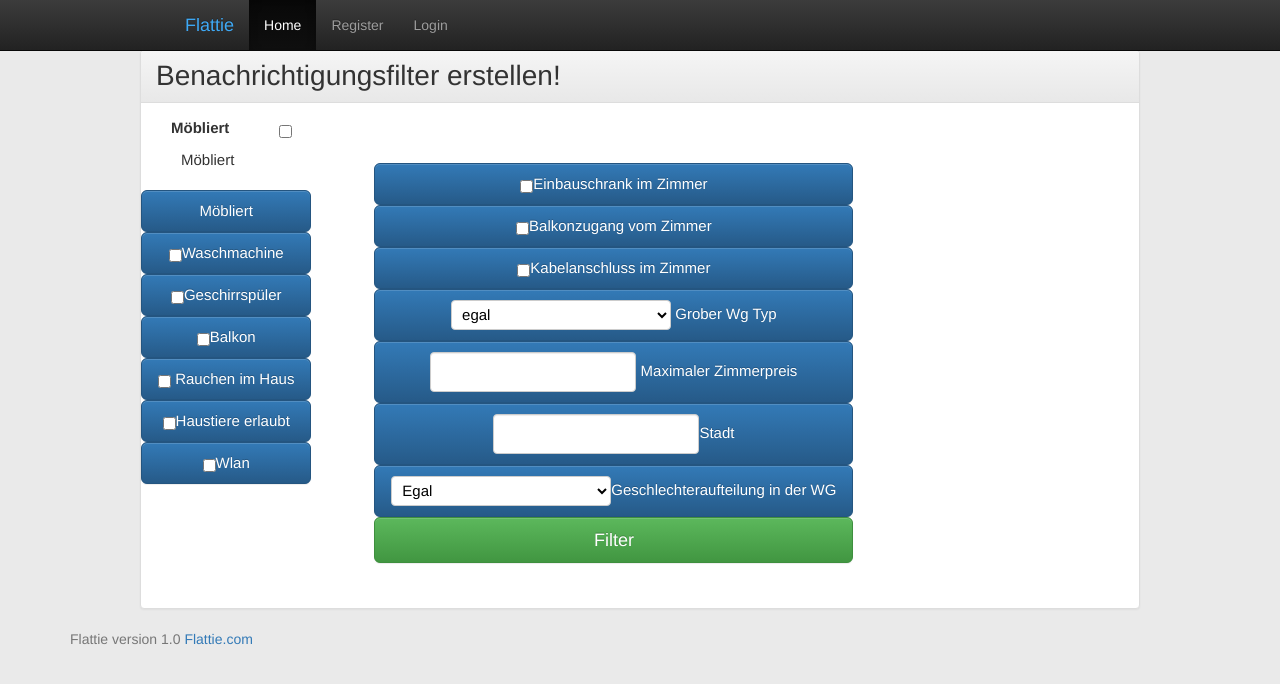
Repository: ese-unibe-ch/ese2014-team2
Page: http://localhost/Skeleton/pages/createCustomFilter.jsp
The author's editor kept a copy of each file at every save. The page is drawn from the files as they stood at one save, then again after the next save.
The browser window is 1280 px wide. The pictures show the whole page.
Some web libraries are served in a nearby version. The page is served by Tomcat 9. Nobody is signed in. The application's start-up code is not run. Other server files are loaded and not shown. The template is opened directly, without the code that normally fills it, so the values that code supplies are empty.

Above is the page before, as saved 2014-11-26 12:09:10.
Console error (its wording comes from the project's code and is left out).

### Skeleton/src/main/webapp/pages/createCustomFilter.jsp
<%@ page language="java" pageEncoding="UTF-8" contentType="text/html;charset=utf-8" %>
<%@ taglib prefix="c" uri="http://java.sun.com/jsp/jstl/core" %>
<%@ taglib prefix="form" uri="http://www.springframework.org/tags/form" %>
<%@ taglib prefix="spring" uri="http://www.springframework.org/tags" %>


<c:import url="template/header.jsp" />



<div class="main">
	<div class="col-sm-16">
    	<div class="panel panel-default">
        	<div class="panel-heading">
            	<h3 class="panel-title">Benachrichtigungsfilter erstellen!</h3>
            </div>
            <div class="panel-body">


              <form:form method="post" modelAttribute="filterForm" action="saveCustomFilter"
		id="filterForm" cssClass="form-horizontal" autocomplete="off"
		enctype="multipart/form-data">
		<fieldset>

		<div class="row">
			<div class="col-md-8">
				<div class="col-md-4">
					<label>Möbliert</label>
				</div>
				<div class="col-md-2">
					<form:checkbox path="furnished" id="field-furnished" />
				</div>
			</div>


  				<div class="row">
				  <div class="col-lg-5">
				    <div class="input-group">
				    	<div class="radio">
  							<label>Möbliert</label>


						</div>

        					<h3><label class="btn btn-primary btn-lg btn-block" >Möbliert</label></h3>
							<h3><label class="btn btn-primary btn-lg btn-block" ><form:checkbox	path="hasLaundry" id="field-Laundry" />Waschmachine</label></h3>
							<h3><label class="btn btn-primary btn-lg btn-block" ><form:checkbox	path="hasDishwasher" id="field-Dishwasher" />Geschirrspüler</label></h3>
							<h3><label class="btn btn-primary btn-lg btn-block" ><form:checkbox	path="hasBalcony" id="field-Balcony"/>Balkon</label></h3>
							<h3><label class="btn btn-primary btn-lg btn-block" ><form:checkbox	path="smokingInside" id="field-smokingInside"/> Rauchen im Haus</label></h3>
							<h3><label class="btn btn-primary btn-lg btn-block" ><form:checkbox	path="hasPets" id="field-pets" />Haustiere erlaubt</label></h3>
							<h3><label class="btn btn-primary btn-lg btn-block" ><form:checkbox	path="wlan" id="field-wlan" />Wlan</label></h3>



				    </div><!-- /input-group -->
				  </div><!-- /.col-lg-6 -->
				  <div class="col-lg-5">
				    <div class="input-group">
				      		<h3><label class="btn btn-primary btn-lg btn-block" ><form:checkbox	path="hasBuiltInCloset" id="field-closet"/>Einbauschrank im Zimmer</label></h3>
				      		<h3><label class="btn btn-primary btn-lg btn-block" ><form:checkbox	path="toBalcony" id="field-isToBalcony"/>Balkonzugang vom Zimmer</label></h3>
				      		<h3><label class="btn btn-primary btn-lg btn-block" ><form:checkbox	path="hasCables" id="field-Cables"/>Kabelanschluss im Zimmer</label></h3>
				      		<h3><label class="btn btn-primary btn-lg btn-block" >
				      		<font color="000000"> <form:select path="wgType" id="field-wgType">
								<option value="undef">egal</option>
								<option value="wild">eher wild</option>
								<option value="calm">eher ruhig</option>


							</form:select> </font> Grober Wg Typ</label></h3>

				      		<h3><label class="btn btn-primary btn-lg btn-block" ><font color="000000"><form:input path="roomPrice" id="field-roomPrice" maxlength="6" /></font> Maximaler Zimmerpreis</label></h3>
				      		<h3><label class="btn btn-primary btn-lg btn-block" ><font color="000000"><form:input path="city" id="field-city" maxlength="15" /></font>Stadt</label></h3>
				      		<h3><label class="btn btn-primary btn-lg btn-block" ><font color="000000"><form:select path="wgGender" id="field-wgGender"
								tabindex="13">
								<option value="dontcare"> Egal</option>
								<option value="female">Reine Frauenwg</option>
								<option value="male">Reine Männerwg</option>


							</form:select></font>Geschlechteraufteilung in der WG</label></h3>

				      			<button type="submit" class="btn btn-success btn-lg btn-block">Filter</button>
				    </div><!-- /input-group -->
				  </div><!-- /.col-lg-6 -->
				</div><!-- /.row -->





		</fieldset>
		</form:form>

            </div>
          </div>


</div>


</div>


<c:import url="template/footer.jsp" />

### Skeleton/src/main/webapp/pages/template/header.jsp
<!DOCTYPE html>
<html lang="en">
<http use-expressions="true">



    	<meta charset="UTF-8">

    	<title>About Princesses and Castles</title>

    	<link rel="stylesheet" type="text/css" href="css/stylesheet.css" media="all"/>
    	<link rel="stylesheet" type="text/css" href="css/bootstrap.min.css" media="screen" />
    	<script type="text/javascript"  src="dn.com/bootstrap/3.2.0/js/bootstrap.min.js"></script>
    	<script type="text/javascript" src="http://code.jquery.com/jquery-2.1.1.min.js"></script>
		<script src="http://ajax.googleapis.com/ajax/libs/jquery/1.4.2/jquery.min.js?ver=1.4.2"></script>
    	<script src="js/login.js"></script>
    	<link rel="stylesheet" href="https://maxcdn.bootstrapcdn.com/bootstrap/3.3.0/css/bootstrap.min.css">
<link rel="stylesheet" href="https://maxcdn.bootstrapcdn.com/bootstrap/3.3.0/css/bootstrap-theme.min.css">

    	<!-- HTML5 shim, for IE6-8 support of HTML5 elements -->
    	<!--[if lt IE 9]>
    	<script src="http://html5shim.googlecode.com/svn/trunk/html5.js"></script>
    	<![endif]-->
<!--   WASTE!
    	<style>
        	body {
         	   padding-top: 60px; /* 60px to make the container go all the way to the bottom of the topbar */
        	}
    	</style>
    -->



</head>
<body>
<%@ page language="java" pageEncoding="UTF-8" contentType="text/html;charset=utf-8" %>
<%@ taglib prefix="c" uri="http://java.sun.com/jsp/jstl/core" %>
<%@ taglib prefix="form" uri="http://www.springframework.org/tags/form" %>
<%@ taglib prefix="spring" uri="http://www.springframework.org/tags" %>
<%@ taglib prefix="security" uri="http://www.springframework.org/security/tags" %>

   	  <link href="http://ajax.googleapis.com/ajax/libs/jqueryui/1.8/themes/ui-lightness/jquery-ui.css" rel="stylesheet" type="text/css"/>
      <script src="http://ajax.googleapis.com/ajax/libs/jquery/1.5/jquery.min.js"></script>
      <script src="http://ajax.googleapis.com/ajax/libs/jqueryui/1.8/jquery-ui.min.js"></script>

      <script>
      $(document).ready(function() {
        $("#datepicker").datepicker();
      });
      </script>

       <script>
      $(document).ready(function() {
        $("#datepicker2").datepicker();
      });
      </script>

<security:authorize access="isAnonymous()">
    <!-- Fixed navbar -->
    <nav class="navbar navbar-inverse navbar-fixed-top" role="navigation">
      <div class="container">
        <div class="navbar-header">
          <button type="button" class="navbar-toggle collapsed" data-toggle="collapse" data-target="#navbar" aria-expanded="false" aria-controls="navbar">
            <span class="sr-only">Toggle navigation</span>
            <span class="icon-bar"></span>
            <span class="icon-bar"></span>
            <span class="icon-bar"></span>
          </button>
          <a class="navbar-brand" href="/Skeleton" color="#3fa9f5">Flattie</a>
        </div>
        <div id="navbar" class="navbar-collapse collapse">
          <ul class="nav navbar-nav">
            <li class="active"><a href="/Skeleton">Home</a></li>
            <li><a href="register">Register</a></li>
            <li><a href="#" id="loginButton"><span>Login</span><em></em></a>
                <div style="clear:both"></div>
                <div id="loginBox">
                    <form id="loginForm" name="loginForm" action="<c:url value='j_spring_security_check' />" method="POST">
                        <fieldset id="body">
                            <fieldset>
                                <label for="email">Email Address</label>
                                <input type="text" name="j_username" id="email" placeholder="Email" />
                            </fieldset>
                            <fieldset>
                                <label for="password">Password</label>
                                <input type="password" name="j_password" id="password" placeholder="Password" />
                            </fieldset>
                            <input type="submit" id="login" value="Sign in" />
                            <label for="checkbox"><input type="checkbox" id="checkbox" />Remember me</label>
                        </fieldset>
                        <span><a href="#">Forgot your password?</a></span>
                    </form>
                </div></li>
          </ul>
        </div><!--/.nav-collapse -->
      </div>
    </nav>
</security:authorize>

<security:authorize access="isAuthenticated()">
	    <!-- Fixed navbar -->
    <nav class="navbar navbar-inverse navbar-fixed-top" role="navigation">
      <div class="container">
        <div class="navbar-header">
          <button type="button" class="navbar-toggle collapsed" data-toggle="collapse" data-target="#navbar" aria-expanded="false" aria-controls="navbar">
            <span class="sr-only">Toggle navigation</span>
            <span class="icon-bar"></span>
            <span class="icon-bar"></span>
            <span class="icon-bar"></span>
          </button>
          <a class="navbar-brand" href="/Skeleton">Flattie</a>
        </div>
        <div id="navbar" class="navbar-collapse collapse">
          <ul class="nav navbar-nav">
            <li><a href="myprofile">Profil</a></li>
            <li><a href="myinbox">Inbox</a></li>
            <li><a href="myads">Ads</a></li>
            <li><a href="bookmarks">Favoriten</a></li>
            <li><a href="logout">Logout</a></li>
          </ul>
        </div><!--/.nav-collapse -->
      </div>
    </nav>
</security:authorize>

<div id="push_header"></div>



<div id="container_background">
	<div class="container">

Loaded but not shown: Skeleton/src/main/webapp/pages/template/footer.jsp (common file); Skeleton/src/main/webapp/css/bootstrap.min.css (library); Skeleton/src/main/webapp/js/bootstrap.min.js (library); Skeleton/src/main/webapp/js/login.js (common file); Skeleton/src/main/webapp/css/stylesheet.css (2278 lines, source omitted)

After the next save:
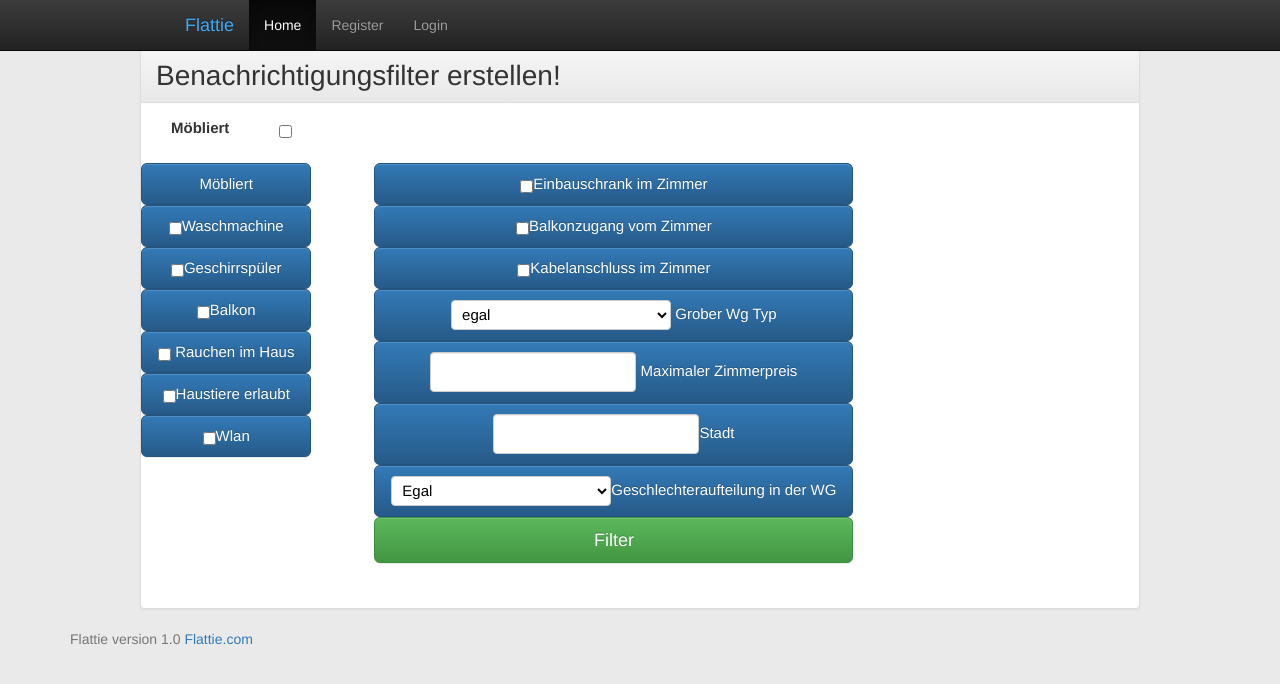
Saved 5 s later.
--- a/Skeleton/src/main/webapp/pages/createCustomFilter.jsp
+++ b/Skeleton/src/main/webapp/pages/createCustomFilter.jsp
@@ -36,11 +36,7 @@
   				<div class="row">
 				  <div class="col-lg-5">
 				    <div class="input-group">
-				    	<div class="radio">
-  							<label>Möbliert</label>
 
-
-						</div>
 
         					<h3><label class="btn btn-primary btn-lg btn-block" >Möbliert</label></h3>
 							<h3><label class="btn btn-primary btn-lg btn-block" ><form:checkbox	path="hasLaundry" id="field-Laundry" />Waschmachine</label></h3>
